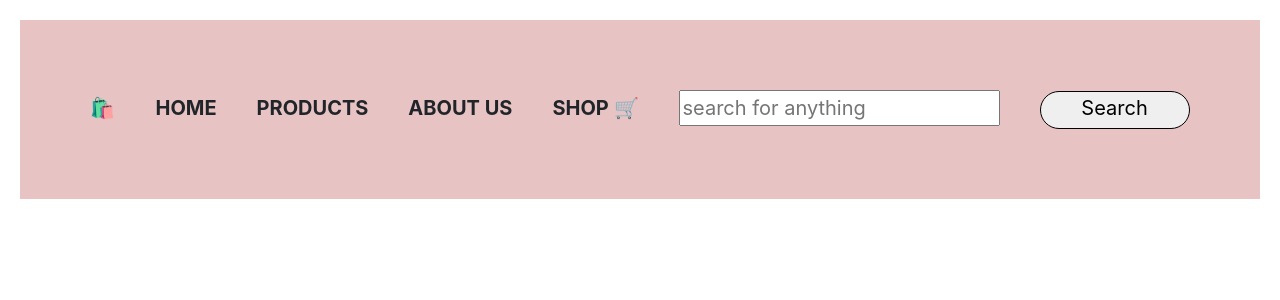
Repository: thf4/Project-Shop
Page: /
The author's editor kept a copy of each file at every save. The page is drawn from the files as they stood at one save, then again after the next save.
The browser window is 1280 px wide. The pictures show the whole page.
The project was rebuilt for these pictures with package versions that can differ from the ones it lists, and the page was loaded fresh each time.

Above is the page before, as saved 2021-04-22 11:50:12.

### src/index.js
import React from 'react';
import ReactDOM from 'react-dom';
import 'bootstrap/dist/css/bootstrap.min.css';
import App from './App'


ReactDOM.render(
  <React.StrictMode>
   <App />
  </React.StrictMode>,
  document.getElementById('root')
);

### src/App.js
import './App.css'

function App() {
  return (
    <div className="App">
      <header className="App-header">

        <ul id="Lista">
          <li>🛍</li>
          <li> HOME </li>
          <li> PRODUCTS </li>
          <li> ABOUT US</li>
          <li> SHOP 🛒</li>
          <li><input type="text" id="area-find" placeholder="search for anything"/></li>
          <li><button id="button" for="input" >Search</button></li>
        </ul>

      </header>
    </div>
  );
}

export default App;

### src/App.css
.App{
  width: 100%;
  height: auto;
  padding: 20px;
}

#Lista{
  list-style-type: none;
  margin: 0;

  font-weight: bold;
  text-align: center;
  padding: 50px 50px;
}
li{
 display: inline-block;
 font-size: 20px;
 padding: 20px;

}
li:hover{
  color: rgb(209, 9, 59);
}
#button{
  border-radius: 30px;
  border-style: groove;
  border-width: 1px;
  height: 35px;
  width: 150px;
  padding-bottom:35px;
}
#button:hover{
  border-style: hidden;
}
.App-header{

  background-color: #a0171741;
}

Loaded but not shown: public/index.html (common file)

After the next save:
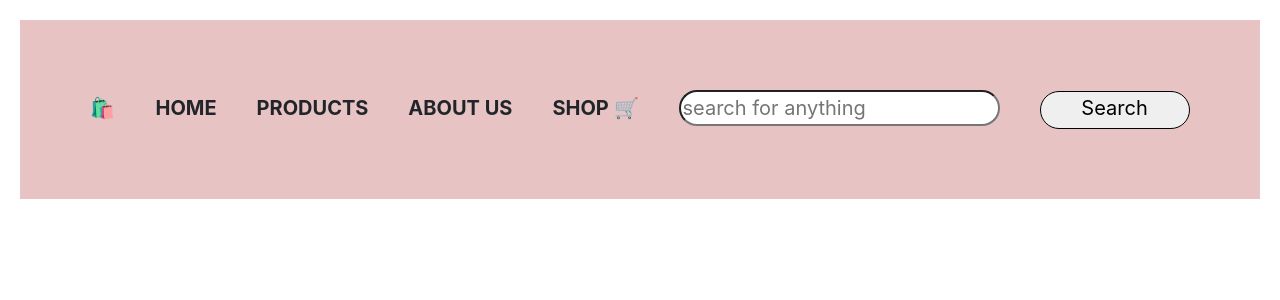
Saved 31 s later.
--- a/src/App.css
+++ b/src/App.css
@@ -29,6 +29,10 @@ li:hover{
   width: 150px;
   padding-bottom:35px;
 }
+
+#area-find{
+  border-radius: 20px;
+}
 #button:hover{
   border-style: hidden;
 }
